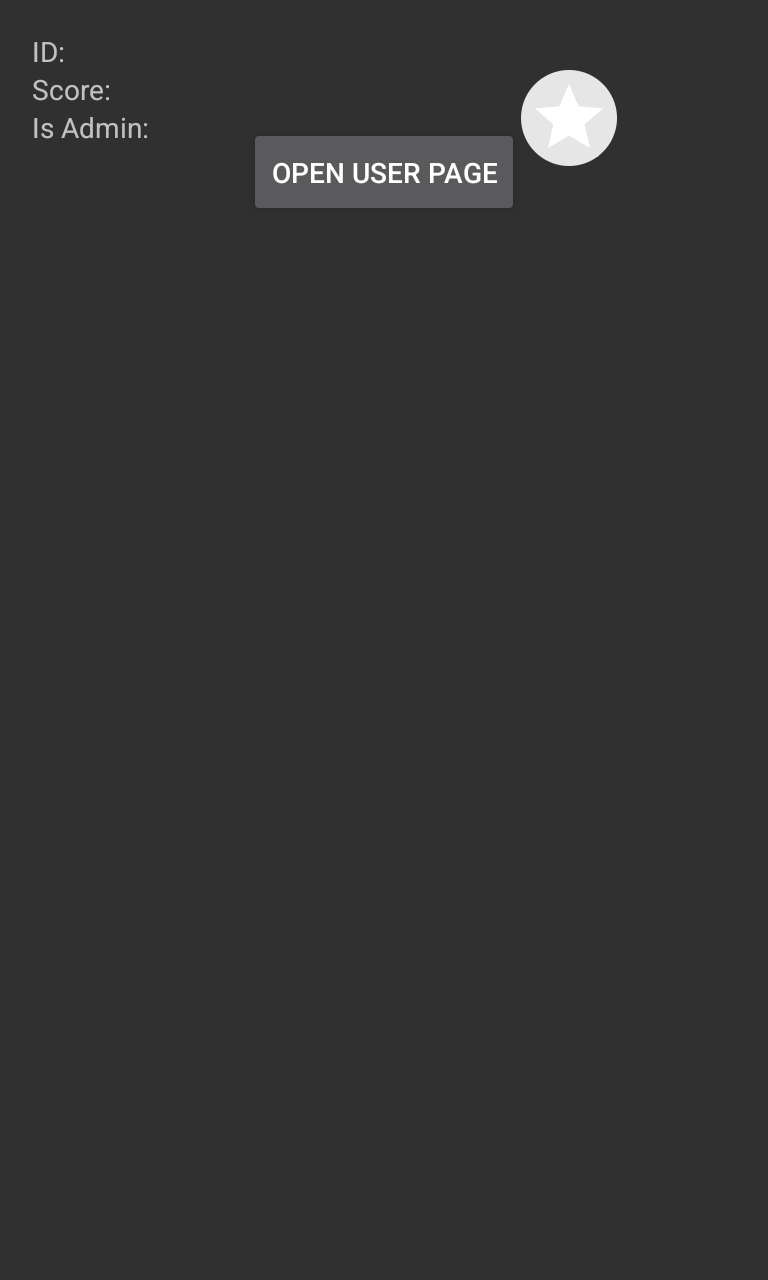
Repository: mberenguerascampi/github_app
Layout: GitHubApp/res/layout/activity_user_detail.xml
The author's editor kept a copy of each file at every save. The layout is drawn from the files as they stood at one save, then again after the next save.
It is drawn on a 768 x 1280 px phone screen (xhdpi) without system bars, with theme Theme.AppCompat; the app's code is not run.

Above is the layout before, as saved 2014-12-26 15:21:45.

After the next save:
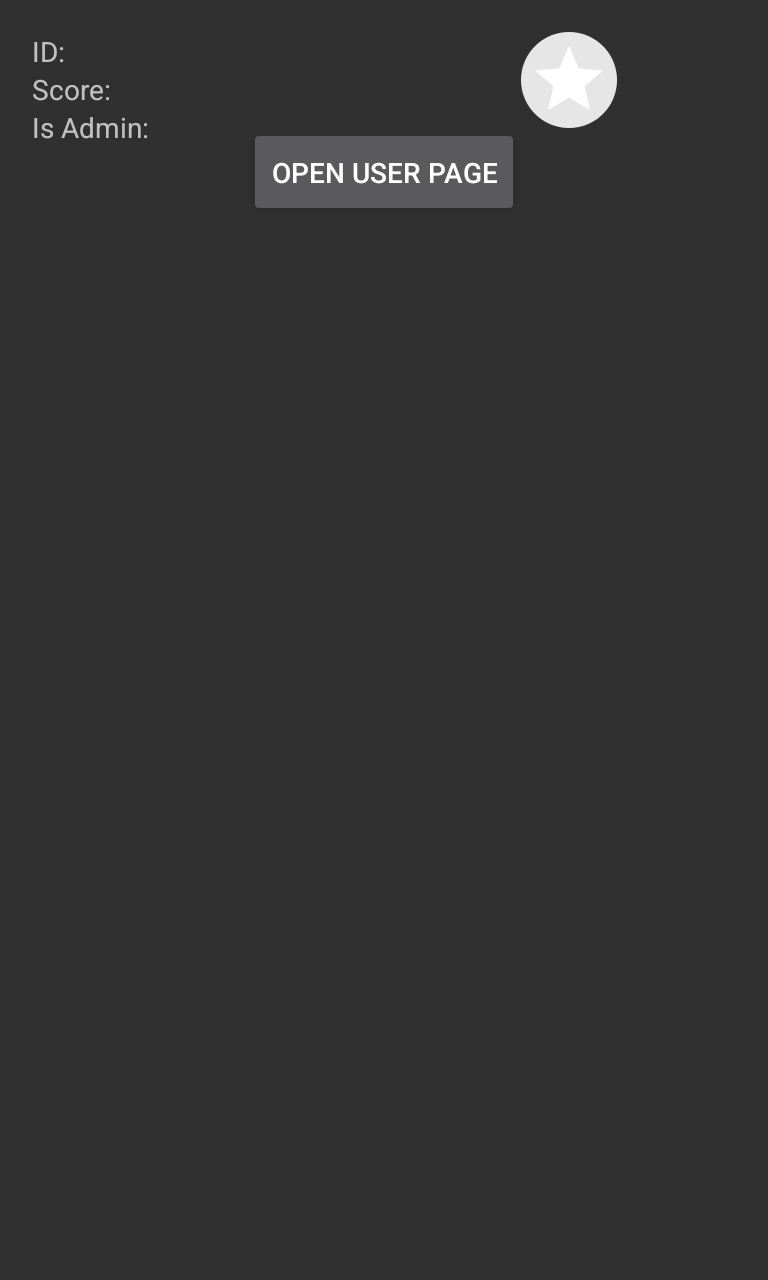
Saved 31 s later.
--- a/GitHubApp/res/layout/activity_user_detail.xml
+++ b/GitHubApp/res/layout/activity_user_detail.xml
@@ -72,7 +72,7 @@
         android:id="@+id/fav_button"
         android:layout_width="wrap_content"
         android:layout_height="wrap_content"
-        android:layout_alignTop="@+id/score_textview"
+        android:layout_alignTop="@+id/id_textview_label"
         android:layout_toRightOf="@+id/open_button"
         android:background="@null"
         android:gravity="end"
